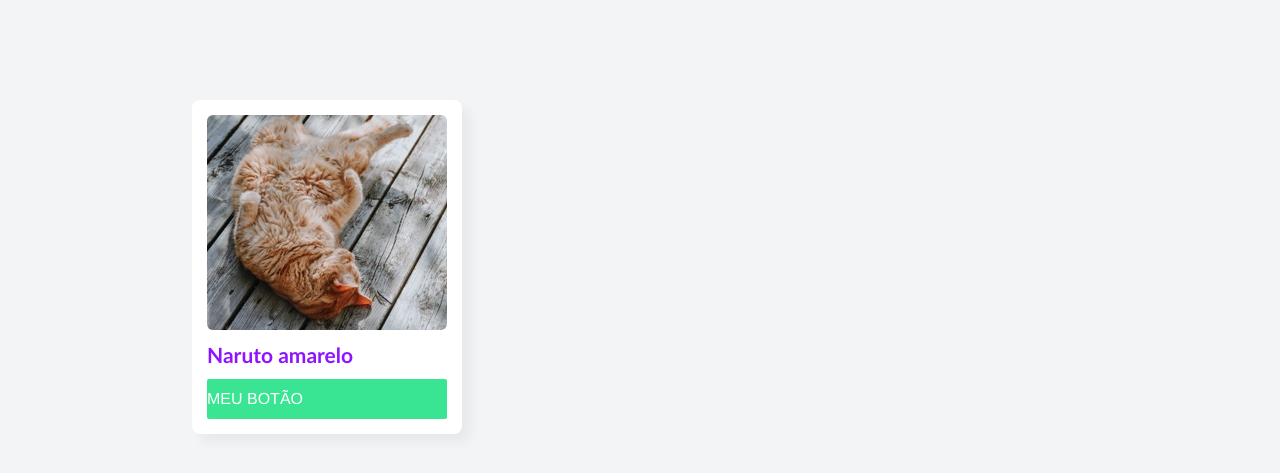
Repository: alessandradiamantino/Curso-Front-End-Design
Page: 1 - Introdução ao HTML e CSS/2 - Exercício CSS/01/codesignerspro-arquivos-exercicio-css-02/codesignerspro-arquivos-exercicio-css-02/index.html
An editor plug-in stored every save of this project. The page is shown before and after a run of saves, followed by the edit.
The browser window is 1280 px wide. The pictures show the whole page.

Above is the page before, as saved 2021-07-28 12:03:55.

After the next 2 saves:
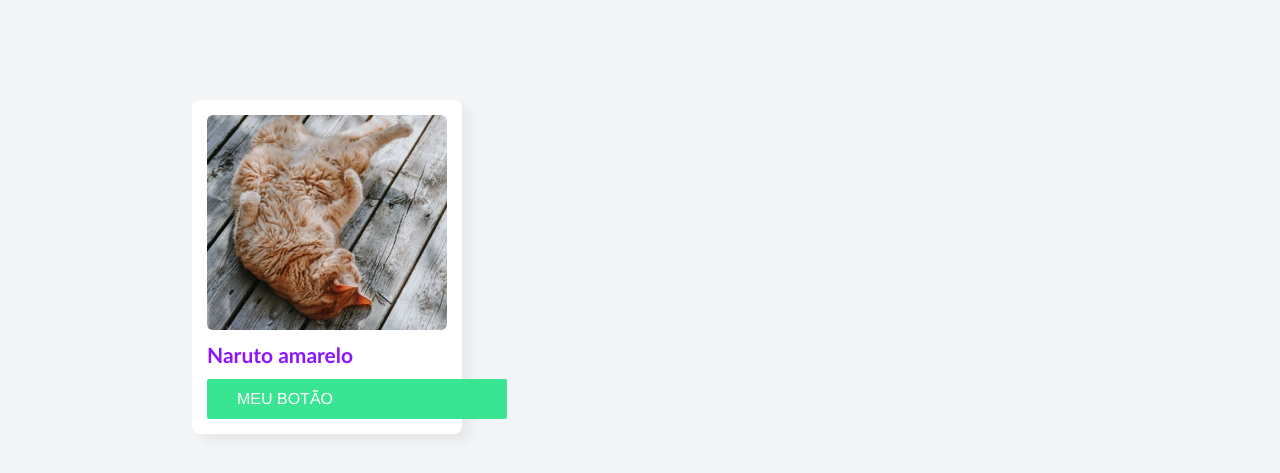
The 2 saves are shown as one change because they came seconds apart.
The last was saved 5 s later.
--- a/1 - Introdução ao HTML e CSS/2 - Exercício CSS/01/codesignerspro-arquivos-exercicio-css-02/codesignerspro-arquivos-exercicio-css-02/css/style.css
+++ b/1 - Introdução ao HTML e CSS/2 - Exercício CSS/01/codesignerspro-arquivos-exercicio-css-02/codesignerspro-arquivos-exercicio-css-02/css/style.css
@@ -65,5 +65,5 @@ main {
   text-decoration: none;
   border-radius: 2px;
   margin-top: 12px;
-  padding: 0
+  padding: 0 30px;
 }
